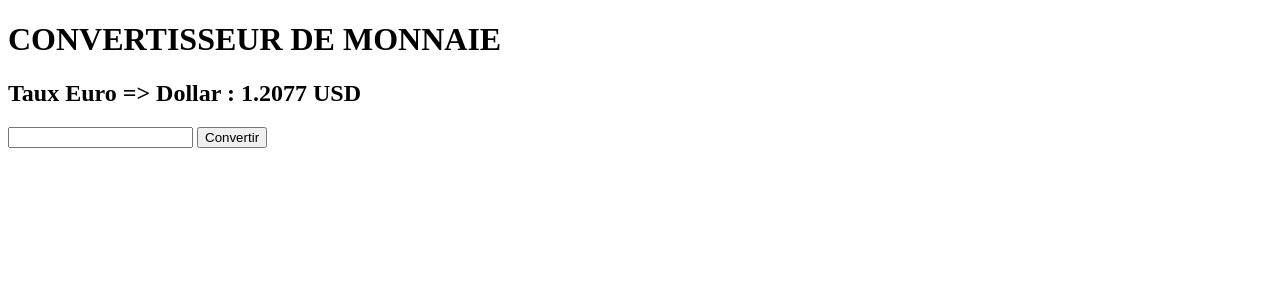
Repository: techmindconsulting/wordshiop-js
Page: index.html
These files come from the project's save history. The page is drawn as it stood at one moment and after the next save; the edit follows.
The browser window is 1280 px wide. The pictures show the whole page.

Above is the page before, as saved 2021-01-17 12:47:06.

### index.html
<!DOCTYPE html>
<html lang="en">
<head>
    <meta charset="UTF-8">
    <meta name="viewport" content="width=device-width, initial-scale=1.0">
    <title>Convertisseur</title>
    <script src="conversion.js"></script>
</head>
<body>
    <h1>CONVERTISSEUR DE MONNAIE</h1>
    <h2>Taux Euro => Dollar : 1.2077 USD</h2>
    <input type="text" id="amount">
    <input type="button" value="Convertir">
</body>
</html>

Loaded but not shown: conversion.js (common file)

After the next save:
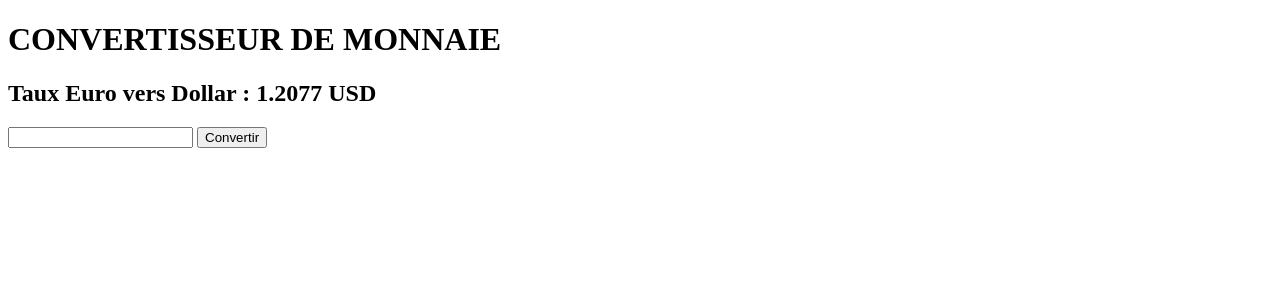
Saved 8 s later.
--- a/index.html
+++ b/index.html
@@ -8,7 +8,7 @@
 </head>
 <body>
     <h1>CONVERTISSEUR DE MONNAIE</h1>
-    <h2>Taux Euro => Dollar : 1.2077 USD</h2>
+    <h2>Taux Euro vers Dollar : 1.2077 USD</h2>
     <input type="text" id="amount">
     <input type="button" value="Convertir">
 </body>
